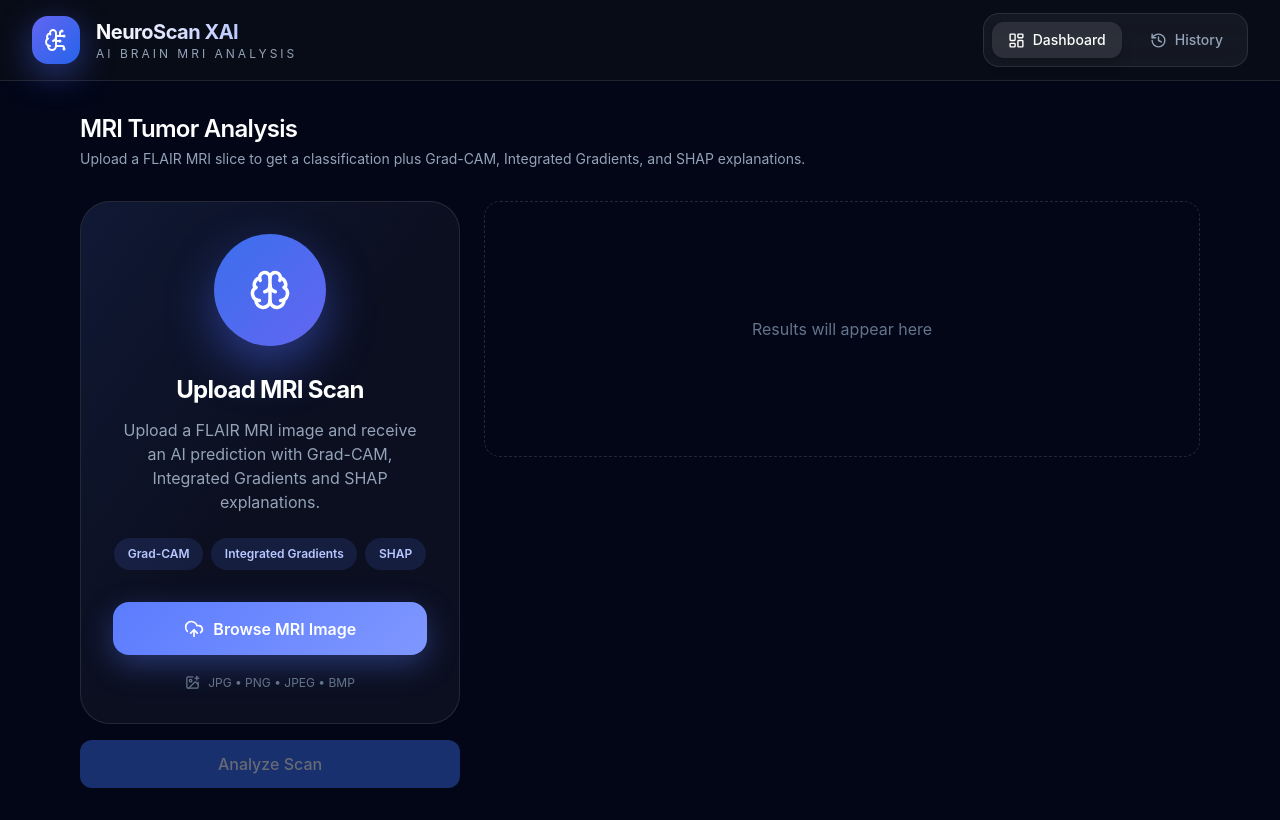
Repository: yashwanth252005/Major_project
Page: / (app in frontend/)
The author's editor kept a copy of each file at every save. The page is drawn from the files as they stood at one save, then again after the next save.
The browser window is 1280 px wide. The pictures show the whole page.
The project was rebuilt for these pictures with package versions that can differ from the ones it lists, and the page was loaded fresh each time. Also part of the build but not shown: frontend/vite.config.js, frontend/src/components/ReportImage.jsx, frontend/src/components/ResultPanel.jsx, frontend/src/pages/History.jsx, frontend/src/pages/ScanDetail.jsx.

Above is the page before, as saved 2026-08-07 21:33:51.

After the next save:
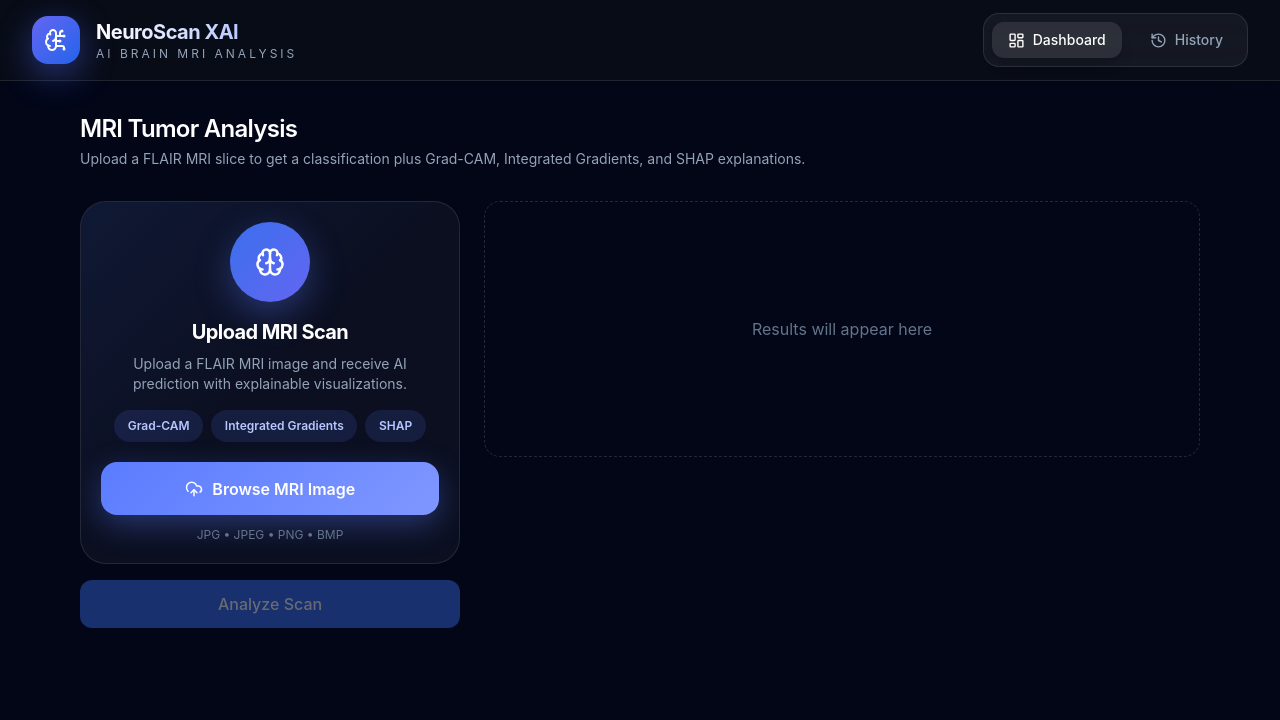
Saved 115 s later.
--- a/frontend/src/components/UploadCard.jsx
+++ b/frontend/src/components/UploadCard.jsx
@@ -1,5 +1,5 @@
 import { useRef, useState } from "react";
-import { UploadCloud, ImagePlus, Brain } from "lucide-react";
+import { UploadCloud, Brain } from "lucide-react";
 import { motion } from "framer-motion";
 
 export default function UploadCard({ onFileSelected, disabled }) {
@@ -10,16 +10,15 @@ export default function UploadCard({ onFileSelected, disabled }) {
 
   function handleFile(file) {
     if (!file) return;
-
     setPreviewUrl(URL.createObjectURL(file));
     onFileSelected(file);
   }
 
   return (
     <motion.div
-      initial={{ opacity: 0, y: 25 }}
+      initial={{ opacity: 0, y: 15 }}
       animate={{ opacity: 1, y: 0 }}
-      transition={{ duration: 0.45 }}
+      transition={{ duration: 0.35 }}
       onDragOver={(e) => {
         e.preventDefault();
         setDragOver(true);
@@ -30,86 +29,59 @@ export default function UploadCard({ onFileSelected, disabled }) {
         setDragOver(false);
         handleFile(e.dataTransfer.files?.[0]);
       }}
-      className={`relative overflow-hidden rounded-[30px] border transition-all duration-300
+      className={`relative overflow-hidden rounded-[26px] border transition-all duration-300
       ${
         dragOver
           ? "border-brand-400 bg-brand-500/10 scale-[1.01]"
           : "border-white/10 bg-white/[0.04]"
       }`}
     >
-      {/* background glow */}
-
+      {/* Background Glow */}
       <div className="absolute inset-0 bg-gradient-to-br from-brand-500/10 via-transparent to-transparent pointer-events-none" />
 
-      <div className="relative p-8">
+      <div className="relative p-5">
 
         {previewUrl ? (
           <img
             src={previewUrl}
-            alt=""
-            className="mx-auto h-64 rounded-2xl shadow-2xl object-contain"
+            alt="MRI Preview"
+            className="mx-auto h-40 rounded-2xl shadow-xl object-contain"
           />
         ) : (
           <div className="flex justify-center">
-
-            <div className="flex h-28 w-28 items-center justify-center rounded-full bg-gradient-to-br from-brand-500 to-indigo-500 shadow-[0_20px_50px_rgba(79,107,255,.45)]">
-
-              <Brain size={42} className="text-white" />
-
+            <div className="flex h-20 w-20 items-center justify-center rounded-full bg-gradient-to-br from-brand-500 to-indigo-500 shadow-[0_12px_35px_rgba(91,124,255,.35)]">
+              <Brain size={30} className="text-white" />
             </div>
-
           </div>
         )}
 
-        <h2 className="mt-7 text-center text-2xl font-bold">
+        <h2 className="mt-4 text-center text-xl font-bold">
           Upload MRI Scan
         </h2>
 
-        <p className="mx-auto mt-3 max-w-md text-center text-slate-400">
-          Upload a FLAIR MRI image and receive an AI prediction with
-          Grad-CAM, Integrated Gradients and SHAP explanations.
+        <p className="mx-auto mt-2 max-w-xs text-center text-sm text-slate-400">
+          Upload a FLAIR MRI image and receive AI prediction with explainable visualizations.
         </p>
 
-        <div className="mt-6 flex flex-wrap justify-center gap-2">
-
+        <div className="mt-4 flex justify-center gap-2 flex-wrap">
           <span className="badge">Grad-CAM</span>
-
           <span className="badge">Integrated Gradients</span>
-
           <span className="badge">SHAP</span>
-
         </div>
 
         <button
           type="button"
           disabled={disabled}
           onClick={() => inputRef.current?.click()}
-          className="btn-primary mt-8 w-full"
+          className="btn-primary mt-5 w-full"
         >
-          <UploadCloud size={20} />
-
+          <UploadCloud size={18} />
           Browse MRI Image
         </button>
 
-        <div className="mt-5 flex justify-center gap-2 text-xs text-slate-500">
-
-          <ImagePlus size={15} />
-
-          JPG
-
-          •
-
-          PNG
-
-          •
-
-          JPEG
-
-          •
-
-          BMP
-
-        </div>
+        <p className="mt-3 text-center text-xs text-slate-500">
+          JPG • JPEG • PNG • BMP
+        </p>
 
         <input
           ref={inputRef}
@@ -119,7 +91,6 @@ export default function UploadCard({ onFileSelected, disabled }) {
           disabled={disabled}
           onChange={(e) => handleFile(e.target.files?.[0])}
         />
-
       </div>
     </motion.div>
   );
